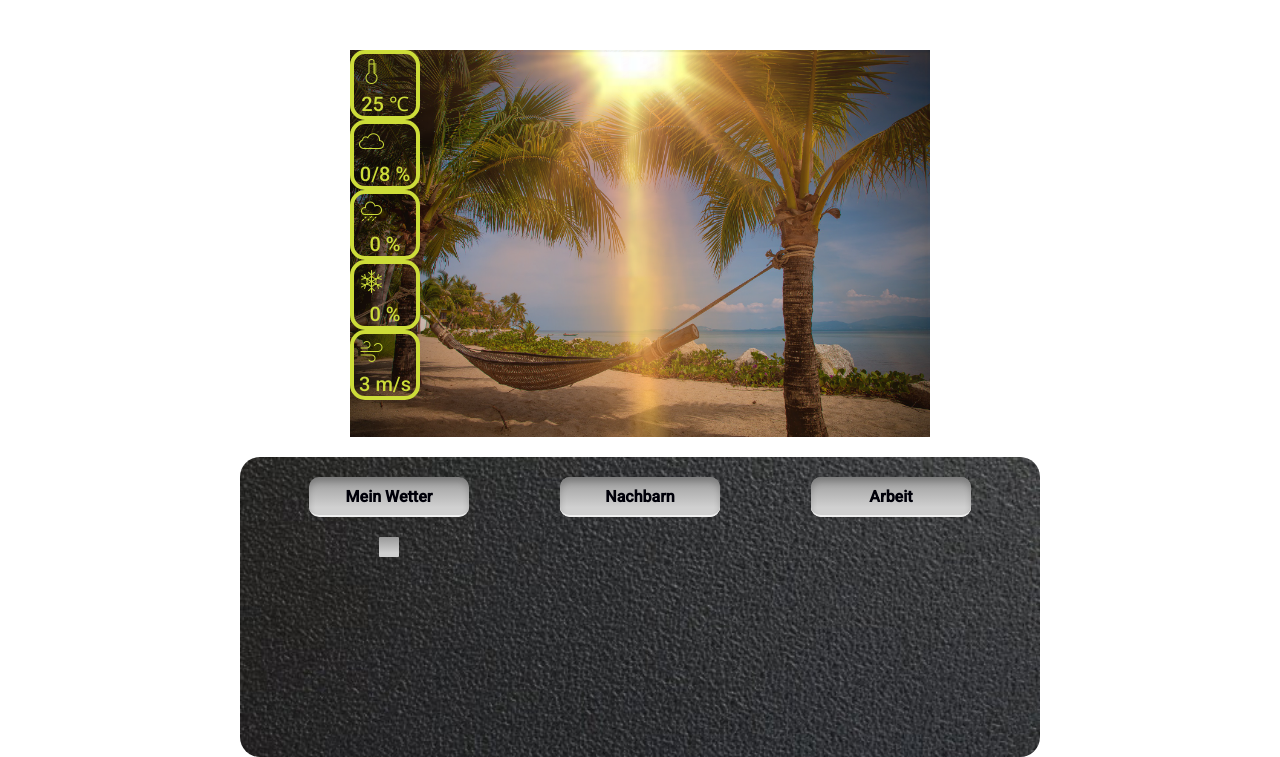
Repository: NadiaSchmitz/wetter.githab.io
Page: index.html
The author's editor kept a record of every edit. The page is drawn from the files as they stood at one moment, then again after the next edit.
The browser window is 1280 px wide. The pictures show the whole page.

Above is the page before.

### index.html
<!DOCTYPE html>
<html>

<head>
  <meta charset="utf-8" />
  <title>Das Wetter</title>
  <link rel="stylesheet" href="./styles/reset.css" type="text/css" />
  <link rel="stylesheet" href="./styles/style.css" type="text/css" />
  <link rel="stylesheet" href="./styles/icons.css" type="text/css" />
  <link rel="stylesheet" href="./styles/textur.css" type="text/css" />
  <meta name="viewport" content="width=device-width, initial-scale=1.0">
  <link rel="preconnect" href="https://fonts.googleapis.com">
  <link rel="preconnect" href="https://fonts.gstatic.com" crossorigin>
  <link href="https://fonts.googleapis.com/css2?family=Roboto:wght@500&display=swap" rel="stylesheet">
  <link rel="shortcut icon" href="images/favicon.png" type="image/x-icon">
  <script src="https://ajax.googleapis.com/ajax/libs/jquery/2.2.0/jquery.min.js"></script>

</head>

<body>
  <section class="wrapper">
    <section class="inner_wrapper">
      <div class="weather">
        <div class="layout"></div>
        <div class="status_wrapper">
          <div class="status status_temperature">
            <div class="status_value status_temperature_value">
              <span>25</span>
              <span class="celsius">&#8451;</span>
            </div>
          </div>
          <div class="status status_clouds">
            <div class="status_value status_clouds_value">
              <span>0/8</span>
              <span>%</span>
            </div>
          </div>
          <div class="status status_rain">
            <div class="status_value status_rain_value">
              <span>0</span>
              <span>%</span>
            </div>
          </div>
          <div class="status status_snow">
            <div class="status_value status_snow_value">
              <span>0</span>
              <span>%</span>
            </div>
          </div>
          <div class="status status_wind">
            <div class="status_value status_wind_value">
              <span>3</span>
              <span>m/s</span>
            </div>
          </div>
        </div>
      </div>
      <div class="control">
        <div class="control_keyboard">
          <div class="control_keyboard_section">
            <div class="weather_button_wrapper">
              <a href="" class="weather_button">Mein Wetter</a>
            </div>
            <div class="control_keyboard_content">
              <div class="control_keyboard_content_item">
                <a href="" class="control_button temperatur_plus"></a>
                <span class="temperatur_value"></span>
                <a href="" class="temperatur_minus"></a>
              </div>
            </div>
          </div>
          <div class="control_keyboard_section">
            <div class="weather_button">
              <a href="" class="weather_button">Nachbarn</a>
            </div>
          </div>
          <div class="control_keyboard_section">
            <div class="weather_button">
              <a href="" class="weather_button">Arbeit</a>
            </div>
          </div>
        </div>
      </div>
    </section>
  </section>
  <script type="text/javascript" src="./js/weather.js"></script>
  <script type="text/javascript" src="./js/general.js"></script>
</body>

</html>

### styles/reset.css
html, body, div, span, applet, object, iframe,
h1, h2, h3, h4, h5, h6, p, blockquote, pre,
a, abbr, acronym, address, big, cite, code,
del, dfn, em, img, ins, kbd, q, s, samp,
small, strike, strong, sub, sup, tt, var,
b, u, i, center,
dl, dt, dd, ol, ul, li,
fieldset, form, label, legend,
table, caption, tbody, tfoot, thead, tr, th, td,
article, aside, canvas, details, embed,
figure, figcaption, footer, header, hgroup,
menu, nav, output, ruby, section, summary,
time, mark, audio, video {
	margin: 0;
	padding: 0;
	box-sizing: border-box;
	border: 0;
	font-size: 100%;
	font: inherit;
	vertical-align: baseline;
}
/* HTML5 display-role reset for older browsers */
article, aside, details, figcaption, figure,
footer, header, hgroup, menu, nav, section {
	display: block;
}
body {
	line-height: 1;
}
ol, ul {
	list-style: none;
}
blockquote, q {
	quotes: none;
}
blockquote:before, blockquote:after,
q:before, q:after {
	content: '';
	content: none;
}
table {
	border-collapse: collapse;
	border-spacing: 0;
}

### styles/style.css
.inner_wrapper {
  font-family: 'Roboto', sans-serif;
}

.weather {
  position: relative;
  width: 800px;
  height: 533px;
  background-image: url(../images/palm.jpg);
  background-size: cover;
  background-repeat: no-repeat;
  background-position: 50%;
  margin: 50px auto 20px;
}

.layout {
  position: absolute;
  top: 0;
  bottom: 0;
  left: 0;
  right: 0;
  background-image: url(../images/sunshine.png);
  background-size: cover;
  background-position: 40% 0;
}

.status {
  position: relative;
  width: 70px;
  height: 70px;
  border-radius: 15px;
  border-width: 3px;
  border: 4px solid #cddc39;
  background-size: 25px;
  background-position: 5px 5px;
  background-repeat: no-repeat;
}

.status_value {
  font-size: 20px;
  line-height: 40px;
  text-align: center;
  color: #cddc39;
  margin: 30px 0 0 0;
}

.control {

}

.control_keyboard {
  width: 800px;
  height: 300px;
  background-color: #3a3939;
  background-size: cover;
  border-radius: 20px;
  text-align: center;
  margin: 0 auto;
  padding: 20px;
}

.control_keyboard_section {
  display: inline-block;
  vertical-align: top;
  width: 32.5%;
  padding: 0 10px 0 10px;
}

.weather_button_wrapper {
  margin: 0 0 20px 0;
}

.weather_button {
  width: 160px;
  height: 40px;
  border-bottom: 2px solid #eee;
  box-shadow: inset rgba(0,0,0,0.2) 0px 5px 6px;
  display: block;
  font-size: 16px;
  line-height: 40px;
  color: #000009;
  font-weight: 700;
  text-align: center;
  text-decoration: none;
  background-image: -webkit-linear-gradient(top, #999, #d0d0d0 80%);
  background-image: -moz-linear-gradient(top, #999, #d0d0d0 80%);
  background-image: -ms-linear-gradient(top, #999, #d0d0d0 80%);
  background-image: -o-linear-gradient(top, #999, #d0d0d0 80%);
  background-image: linear-gradient(top, #999, #d0d0d0 80%);
  -moz-border-radius: 10px;
  -webkit-border-radius: 10px;
  border-radius: 10px;
  -webkit-transition: all .1s ease-in;
  -moz-transition: all .1s ease-in;
  -ms-transition: all .1s ease-in;
  -o-transition: all .1s ease-in;
  transition: all .1s ease-in;
  cursor: pointer;
  margin: 0 auto;
}

.weather_button:hover {
  -webkit-box-shadow: rgba(0,0,0,.4) 0 3px 8px;
  -moz-box-shadow: rgba(0,0,0,.4) 0 3px 8px;
  box-shadow: rgba(0,0,0,.4) 0 3px 8px;
}

.weather_button:active {
  color: #777;
  border-bottom: 1px solid #fff;
  -webkit-box-shadow: inset rgba(0,0,0,.5) 0px 5px 10px;
  -moz-box-shadow: inset rgba(0,0,0,.5) 0px 5px 10px;
  box-shadow: inset rgba(0,0,0,.5) 0px 5px 10px;
}

.control_button {
  display: inline-block;
  vertical-align: top;
  width: 20px;
  height: 20px;
  font-size: 16px;
  line-height: 20px;
  font-weight: 700;
  text-align: center;
  background-image: -webkit-linear-gradient(top, #999, #d0d0d0 80%);
  background-image: -moz-linear-gradient(top, #999, #d0d0d0 80%);
  background-image: -ms-linear-gradient(top, #999, #d0d0d0 80%);
  background-image: -o-linear-gradient(top, #999, #d0d0d0 80%);
  background-image: linear-gradient(top, #999, #d0d0d0 80%);
  -moz-border-radius: 1px;
  -webkit-border-radius: 1px;
  border-radius: 1px;
  -webkit-transition: all .1s ease-in;
  -moz-transition: all .1s ease-in;
  -ms-transition: all .1s ease-in;
  -o-transition: all .1s ease-in;
  transition: all .1s ease-in;
}

.control_weather {
  display: inline-block;
  vertical-align: top;
  width: 15px;
  height: 15px;
}

.control_weather {
  display: inline-block;
  vertical-align: top;
  width: 30px;
  height: 30px;
  background-position: 50%;
  background-size: cover;
  margin: -5px 5px 0 5px;
}

### js/weather.js
var weatherArray = [];
weatherArray = [
  {
    weatherOwner: "myWeather",
    temperaturUnderLimit: 25,
    temperaturStandart: 26,
    temperaturUpperLimit: 27,
    cloudsUnderLimit: 0,
    cloudsStandart: 0,
    cloudsUpperLimit: 1,
    rainUnderLimit: 0,
    rainStandart: 0,
    rainUpperLimit: 5,
    snowUnderLimit: 0,
    snowStandart: 0,
    snowUpperLimit: 0,
    windUnderLimit: 3,
    windStandart: 3,
    windUpperLimit: 5,
    mainLayout: "",
    layout1: "",
    layout2: ""
  },

  {
    weatherOwner: "nachbarnWeather",
    temperaturUnderLimit: 3,
    temperaturStandart: 5,
    temperaturUpperLimit: 8,
    cloudsUnderLimit: 7,
    cloudsStandart: 8,
    cloudsUpperLimit: 9,
    rainUnderLimit: 80,
    rainStandart: 90,
    rainUpperLimit: 100,
    snowUnderLimit: 0,
    snowStandart: 0,
    snowUpperLimit: 0,
    windUnderLimit: 20,
    windStandart: 30,
    windUpperLimit: 40,
    mainLayout: "",
    layout1: "",
    layout2: ""
  },

  {
    weatherOwner: "arbeitWeather",
    temperaturUnderLimit: -10,
    temperaturStandart: -20,
    temperaturUpperLimit: -30,
    cloudsUnderLimit: 3,
    cloudsStandart: 4,
    cloudsUpperLimit: 5,
    rainUnderLimit: 0,
    rainStandart: 0,
    rainUpperLimit: 100,
    snowUnderLimit: 0,
    snowStandart: 0,
    snowUpperLimit: 0,
    windUnderLimit: 20,
    windStandart: 30,
    windUpperLimit: 40,
    mainLayout: "",
    layout1: "",
    layout2: ""
  },
]

### js/general.js
$(document).ready(function() {
    var widthScreen = $(window).width() - 700;
    var heightScreen = widthScreen / 1.5;

    var screenRatio = widthScreen / heightScreen;

    console.log(widthScreen);
    console.log(heightScreen);
    console.log(screenRatio);

    $(".weather").css("width", widthScreen);
    $(".weather").css("height", heightScreen);
})

Loaded but not shown: styles/icons.css (library); styles/textur.css (library)

After the next edit:
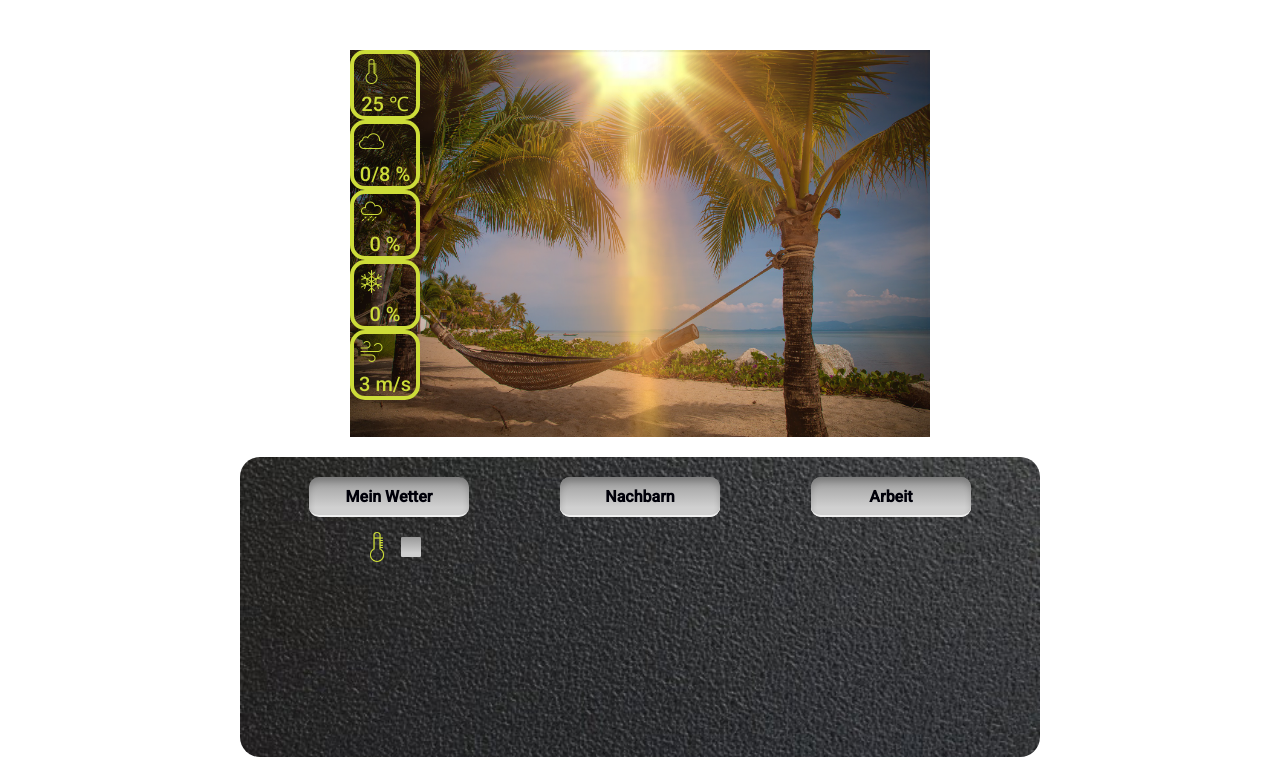
The edit:
--- a/index.html
+++ b/index.html
@@ -63,9 +63,9 @@
             </div>
             <div class="control_keyboard_content">
               <div class="control_keyboard_content_item">
-                <a href="" class="control_button temperatur_plus"></a>
-                <span class="temperatur_value"></span>
-                <a href="" class="temperatur_minus"></a>
+
+                <span class="control_weather temperatur_value"></span>
+                <a href="" class="control_button temperatur_minus"></a>
               </div>
             </div>
           </div>
